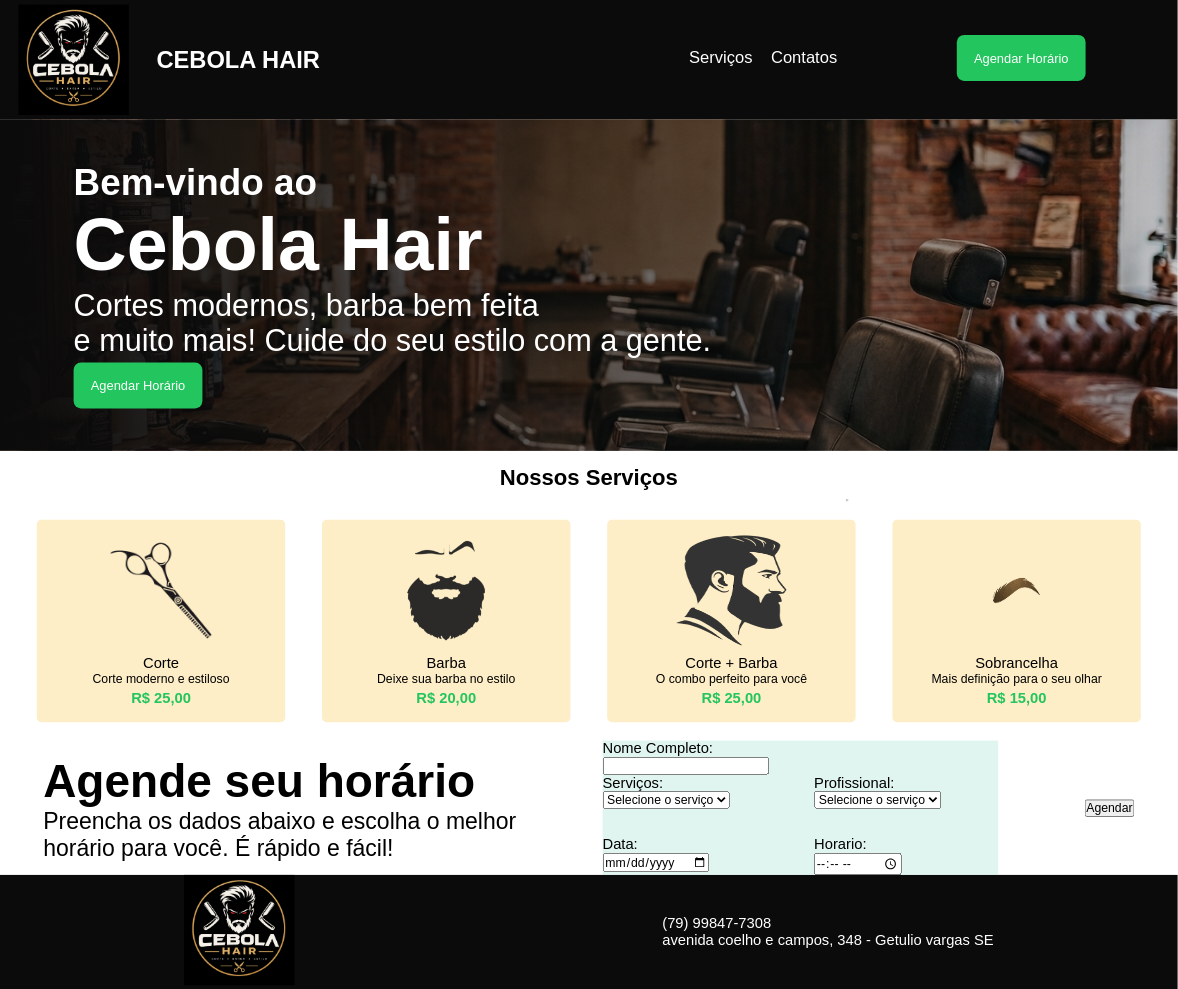
Repository: antonymsantana-design/final.activitie1
Page: index.html
An editor plug-in stored every save of this project. The page is shown before and after a run of saves, followed by the edit.
The browser window is 1280 px wide. The pictures show the whole page, at 92% of full size.

Above is the page before, as saved 2026-09-15 19:36:23.

After the next 2 saves:
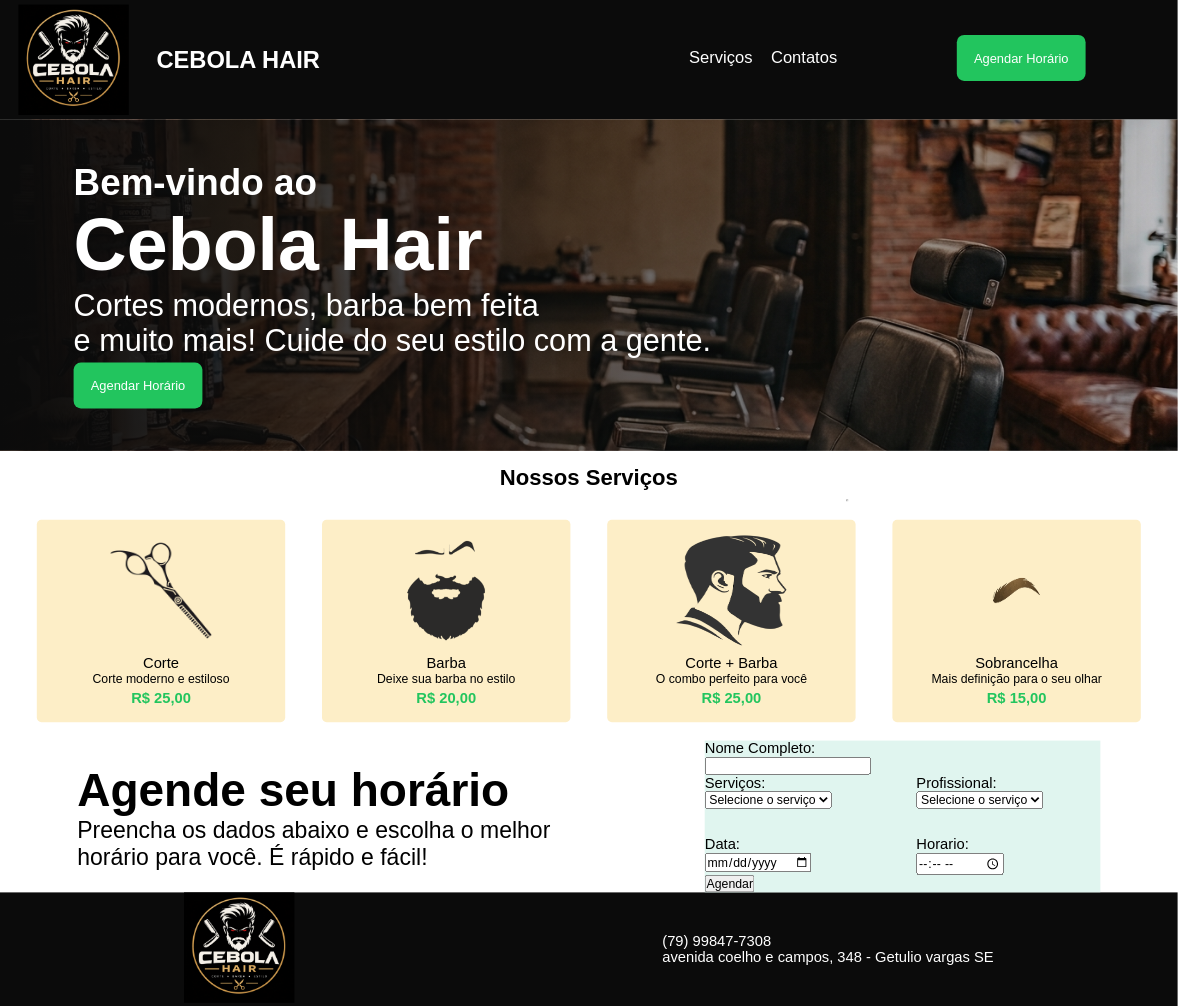
The 2 saves are shown as one change because they came seconds apart.
The last was saved 36 s later.
--- a/index.html
+++ b/index.html
@@ -127,10 +127,11 @@
               <input type="time" name="hora" id="hora" />
             </div>
           </div>
+           <button type="button">Agendar</button>
           </div>
 
 
-        <button type="button">Agendar</button>
+
       </div>
     </div>
   </body>
